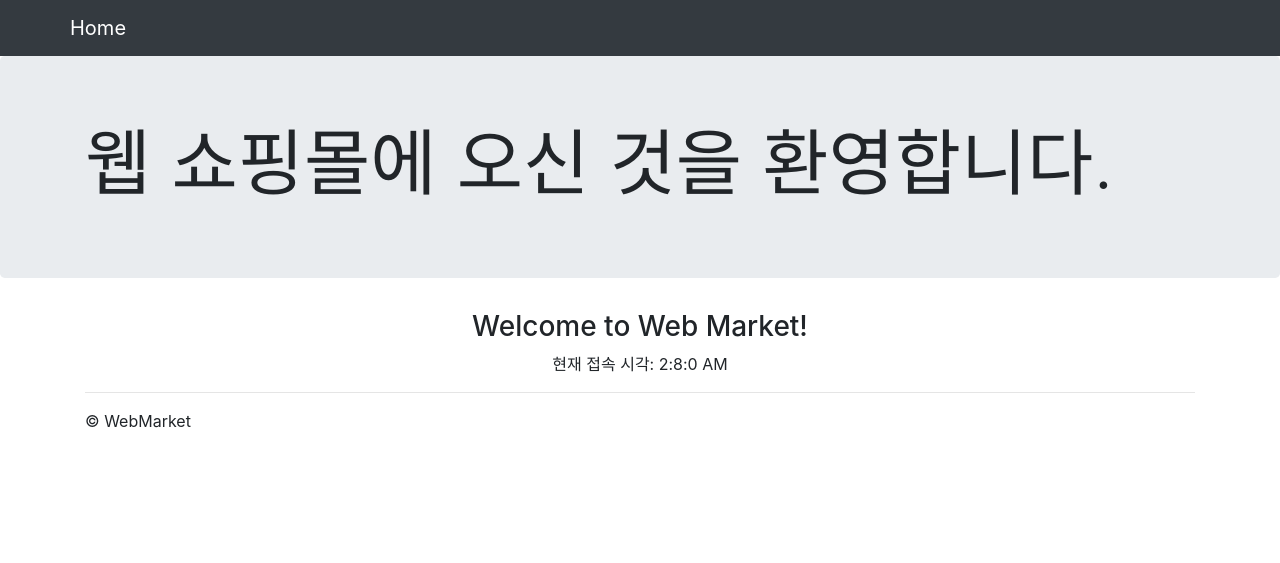
Repository: lhj257/jspwrokspace
Page: http://localhost/WebMarket/welcome.jsp
An editor plug-in stored every save of this project. The page is shown before and after the next save, followed by the edit.
The browser window is 1280 px wide. The pictures show the whole page.
The page is served by Tomcat 9. Nobody is signed in. The application's start-up code is not run. Other server files are loaded and not shown.

Above is the page before, as saved 2023-08-23 05:01:54.

### WebMarket/src/main/webapp/welcome.jsp
<%@ page language="java" contentType="text/html; charset=EUC-KR"
	pageEncoding="EUC-KR"%>
	<%@page import="java.util.Date" %>
<!DOCTYPE html>
<html>
<head>
<meta charset="EUC-KR">
<title>Welcome</title>
<link rel="stylesheet"
	href="https://cdn.jsdelivr.net/npm/bootstrap@4.0.0/dist/css/bootstrap.min.css"
	integrity="sha384-Gn5384xqQ1aoWXA+058RXPxPg6fy4IWvTNh0E263XmFcJlSAwiGgFAW/dAiS6JXm"
	crossorigin="anonymous">
</head>
<body>
	<nav class="navbar navbar-expand navbar-dark bg-dark">
		<div class="container">
			<div class="navbar-header">
				<a class="navbar-brand" href="./welcome.jsp">Home</a>
			</div>
		</div>
	</nav>
	<%!String greeting = "웹 쇼핑몰에 오신 것을 환영합니다.";
	String tagline = "Welcome to Web Market!";%>
	<div class="jumbotron">
		<div class="container">
			<h1 class="display-3"><%=greeting%></h1>
		</div>
	</div>
	<div class="container">
		<div class="text-center">
			<h3><%=tagline%></h3>
			<%	Date day= new java.util.Date();
			String am_pm;
			int hour= day.getHours();
			int minute = day.getMinutes();
			int second = day.getSeconds();
			if(hour/12==00){
			am_pm="AM";
			} else {
			am_pm = "PM";
			hour=hour-12;
			}
			String CT=hour + ":" + minute + ":" + second + " " + am_pm;
			out.println("현재 접속 시각: " +CT+"\n");
			%>
		</div>
		<hr>
	</div>
	<footer class="container">
		<p>&copy; WebMarket</p>
	</footer>
</body>
</html>

### WebMarket/src/main/webapp/menu.jsp
<nav class="navbar navbar-expand navbar-dark d\bg-dark">
	<div class="conatiner">
		<div class="navbar-header">
			<a class="navbar-brand" href="./welcome.jsp">Home</a>
		</div>
	</div>
</nav>

Loaded but not shown: WebMarket/src/main/webapp/footer.jsp (common file)

After the next save:
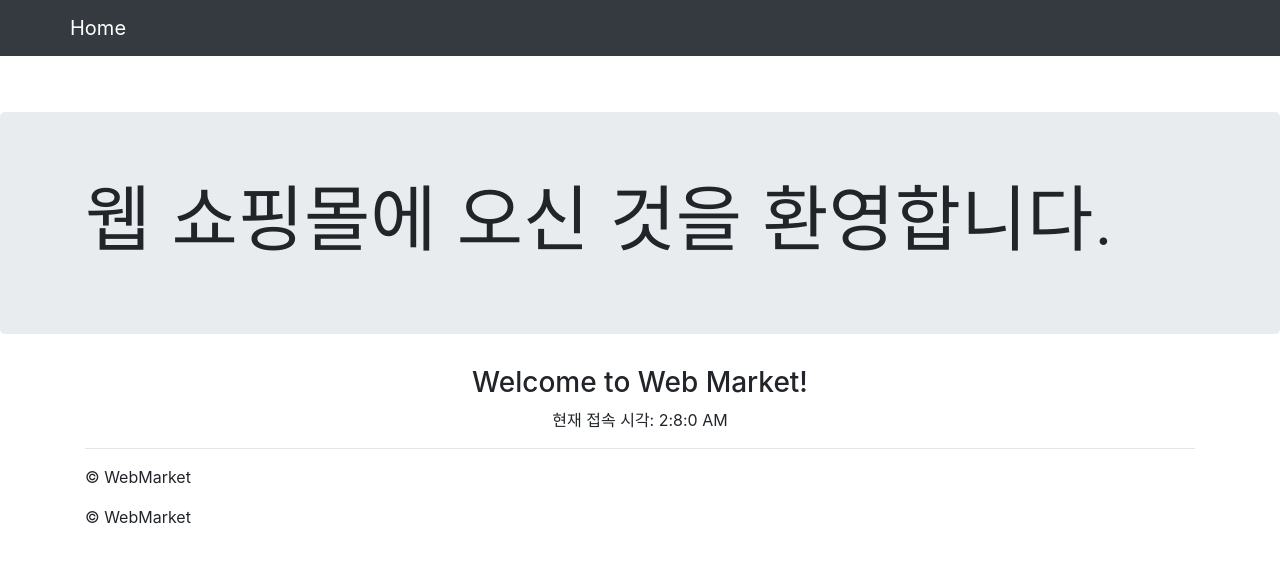
Saved 67 s later.
--- a/WebMarket/src/main/webapp/welcome.jsp
+++ b/WebMarket/src/main/webapp/welcome.jsp
@@ -19,6 +19,7 @@
 			</div>
 		</div>
 	</nav>
+	<%@ include file="menu.jsp" %>
 	<%!String greeting = "웹 쇼핑몰에 오신 것을 환영합니다.";
 	String tagline = "Welcome to Web Market!";%>
 	<div class="jumbotron">
@@ -46,6 +47,7 @@
 		</div>
 		<hr>
 	</div>
+	<%@ include file="footer.jsp" %>
 	<footer class="container">
 		<p>&copy; WebMarket</p>
 	</footer>
